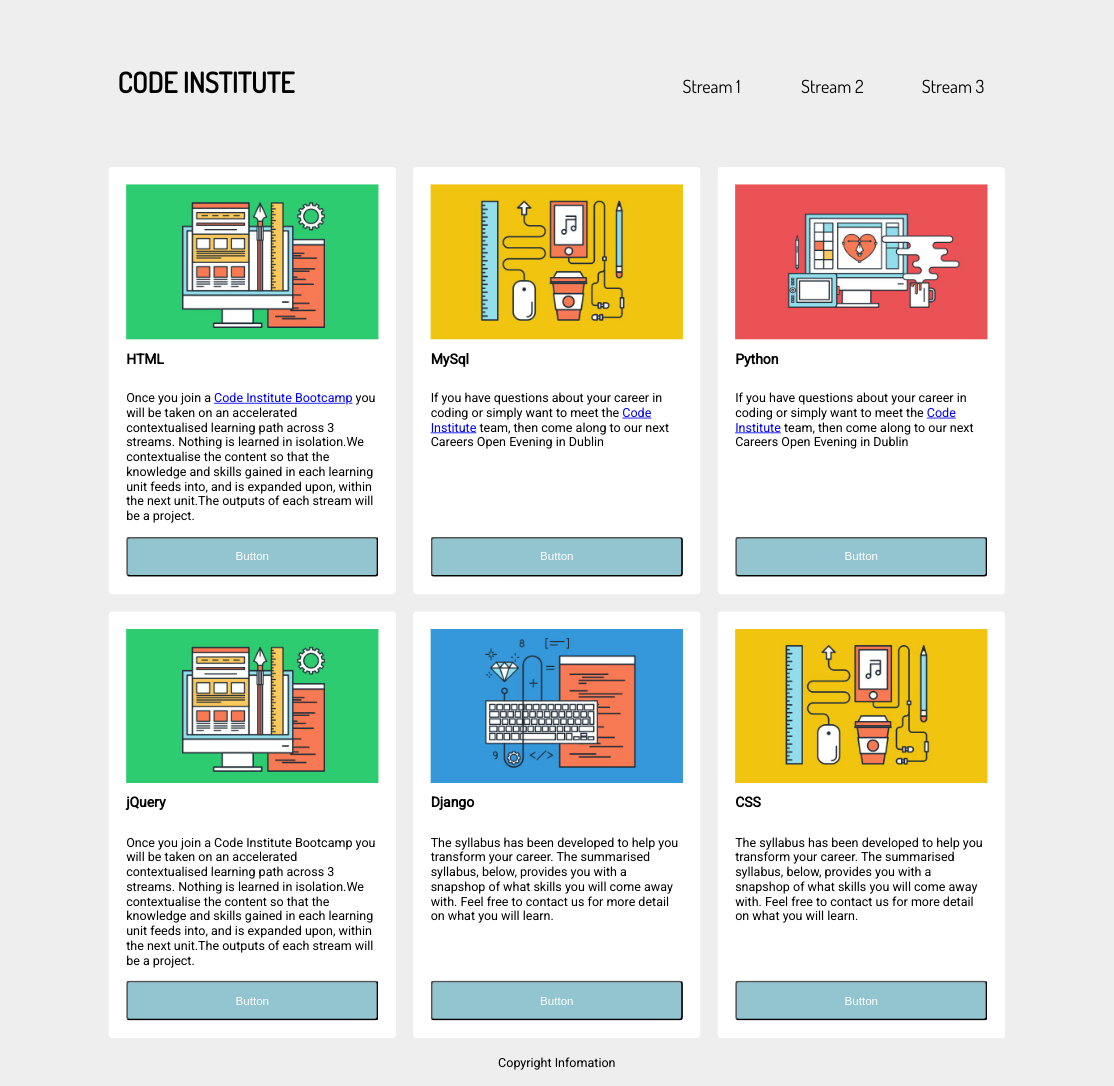
Repository: loosenthedark/CI_jquery-events
Page: Cards-jquery.html
The author's editor kept a record of every edit. The page is drawn from the files as they stood at one moment, then again after the next edit.
The browser window is 1280 px wide. The pictures show the whole page, at 87% of full size.
Some web libraries are served in a nearby version.

Above is the page before.

### Cards-jquery.html
<!DOCTYPE html>
<html lang="en">
<head>
	<meta charset="UTF-8">
	<meta name="viewport" content="width=device-width, initial-scale=1">
	<title>jQuery</title>
	<link href="style.css" rel="stylesheet">
	<link href='https://fonts.googleapis.com/css?family=Roboto' rel='stylesheet' type='text/css'>
	<link href='https://fonts.googleapis.com/css?family=Dosis' rel='stylesheet' type='text/css'>
</head>
<body>
	<div id="container">
		<nav>
			<ul>
				<li id="logoNav">CODE INSTITUTE</li>
				<li id="stream1" class="stream-nav">Stream 1</li>
				<li id="stream2" class="stream-nav">Stream 2</li>
				<li id="stream3" class="stream-nav">Stream 3</li>
			</ul>
		</nav>
		<div class="card stream1-card">
			<img class="card_image" src="img/3.png" alt="coding icon">
			<div class="card_bottom">
				<h2 class="card_head" id="h2_1">HTML</h2>
				<p class="card_para" id="firstpara">Once you join a <a href="#">Code Institute Bootcamp</a> you will be taken on an accelerated contextualised learning path across 3 streams. Nothing is learned in isolation.We contextualise the content so that the knowledge and skills gained in each learning unit feeds into, and is expanded upon, within the next unit.The outputs of each stream will be a project. </p>
				<button class="bottom_button" id="firstbutton">Button</button>
			</div>
		</div>
		<div class="card stream3-card">
			<img class="card_image" src="img/1.png" alt="coding icon">
			<h2 class="card_head" id="h2_2">MySql</h2>
			<p class="card_para" id="secondpara">If you have questions about your career in coding or simply want to meet the <a href="#">Code Institute</a> team, then come along to our next Careers Open Evening in Dublin</p>
			<button class="bottom_button" id="secondbutton">Button</button>
		</div>

		<div class="card stream2-card">
			<img class="card_image" src="img/2.png" alt="coding icon">
			<h2 class="card_head" id="h2_3">Python</h2>
			<p class="card_para" id="thirdpara">If you have questions about your career in coding or simply want to meet the <a href="#">Code Institute</a> team, then come along to our next Careers Open Evening in Dublin</p>
			<button class="bottom_button" id="thirdbutton">Button</button>
		</div>
		<div class="card stream1-card">
			<img class="card_image" src="img/3.png" alt="coding icon">
			<div class="card_bottom">
				<h2 class="card_head" id="h2_4">jQuery</h2>
				<p class="card_para" id="fourthpara">Once you join a Code Institute Bootcamp you will be taken on an accelerated contextualised learning path across 3 streams. Nothing is learned in isolation.We contextualise the content so that the knowledge and skills gained in each learning unit feeds into, and is expanded upon, within the next unit.The outputs of each stream will be a project. </p>
				<button class="bottom_button" id="fourthbutton">Button</button>
			</div>
		</div>
		<div class="card stream3-card">
			<img class="card_image" src="img/4.png" alt="coding icon">
			<h2 class="card_head" id="h2_5">Django</h2>
			<p class="card_para" id="fifthpara">The syllabus has been developed to help you transform your career. The summarised syllabus, below, provides you with a snapshop of what skills you will come away with. Feel free to contact us for more detail on what you will learn.</p>
			<button class="bottom_button" id="fifthbutton">Button</button>
		</div>
		<div class="card stream1-card">
			<img class="card_image" src="img/1.png" alt="coding icon">
			<h2 class="card_head" id="h2_6">CSS</h2>
			<p class="card_para" id="sixthpara">The syllabus has been developed to help you transform your career. The summarised syllabus, below, provides you with a snapshop of what skills you will come away with. Feel free to contact us for more detail on what you will learn.</p>
			<button class="bottom_button" id="sixthbutton">Button</button>
		</div>
		<div id="my_footer">
			<p id="copyright">Copyright Infomation</p>
		</div>
	</div>
	<script src="https://code.jquery.com/jquery-3.2.1.js" integrity="sha256-DZAnKJ/6XZ9si04Hgrsxu/8s717jcIzLy3oi35EouyE=" crossorigin="anonymous"></script>
	<script src="script.js"></script> <!-- Scripts located at the bottom of the body to insure page is fully loaded before execution -->

</body>
</html>

### style.css
body{
	font-family: 'Roboto', sans-serif;
	/*background-image: url(img/code-institute.jpg);
 	background-size: cover;
 	color: #ffffff;*/
 	background-color: #eee;
}

h1{
	font-size: 3em;
	text-align: center;
}
h2{
	font-size: 1em;
	text-align: left;
}
p{
	font-size: .9rem;
}

div{
	border-radius: 4px;
}

.card_image{
	width: 100%;
}
.bottom_button{
	display: flex;
	box-sizing:border-box;
	border-radius: 4px;
	display: block;
	width: 100%;
	background-color:rgba(129, 187, 201,.85);
	text-align: center;
	padding: 1em .75em;
	text-decoration: none;
	color: #fff;

}

.card_bottom{
	display: flex;
	flex-flow:column;
}
.card_head{
	flex:0;
}
.card_para{
	flex:1 0 auto;
}

#container
{
	display: flex;		/* makes container a flexbox*/
	flex-flow: row wrap; 	/* layout the boxes in rows and wrap them*/
	box-sizing:border-box;
	margin-right:auto;
	margin-left:auto;
	max-width:1050px;
}
#logo{
	width: 800px;
	margin: auto;
}

.card{
	flex:1; /* */
	display: flex;	/* make the contents controllable by flexbox*/
	flex-flow:column;	/* */
	min-width: 240px; /**/
	margin: 10px;
	padding: 20px;
	background-color: #fff;
}
.highlight_stream{
	background-color: #EB5255;
}

#my_footer{
	width:100%;
	text-align: center;
}
#copyright{
	margin-top:10px;
	margin-bottom:10px;

}

/*************************
Navigation

**************************/

nav{
	font-family: roboto;
	background-color: #eee;
	margin: 30px auto;
	width: 100%;
}
ul{
	display: flex;
	justify-content:space-between;
	flex-flow: row;
	/*flex-flow: row-reverse;*/
	/*justify-content:flex-end;*/
	/*justify-content:space-around;*/
	/*align-items:flex-start;*/
	align-items:baseline;
	border-radius: 10px;
	list-style-type: none; /*Remove Bullets*/
	padding: 0;
}
li{
	flex:1;
	height: 30px;
	/*width:10%;*/
	/*border:2px solid #000;*/
	/*background-color: #81BBC9;*/
	/*border-radius: 10px;*/
	font-family: Dosis;
	padding:20px 20px 20px 20px;
	text-align: center;
	font-size: 1.3em;
}

#logoNav{
	flex:6;
	text-align: left;
	font-size: 2em;
	font-weight: bold;
}

.underline{
  text-decoration:underline;
}
.border{
  border: solid 5px #ccc;
}

.redpara {
	color: red;
}

.bg_lightblue {
	background: lightblue;
}

.bigheader {
	font-size: 2.5em;
}


@media screen and (max-width: 700px){
	ul{
		flex-flow: column;
		align-items:center;
	}
	li{
		font-size: 2em;
	}
}

### script.js
$(document).ready(function() {

	// $("#stream1_btn").on('click', function() {
 //	$("#stream1").click(function() {
 //		$(".stream1-card").removeClass('highlight_stream');
	// 	$(".stream2-card").removeClass('highlight_stream');
	// 	$(".stream3-card").removeClass('highlight_stream');
	//   	$(".stream1-card").addClass('highlight_stream');
	// });
	// $("#stream2").on("click", function() {
	// 	$(".stream1-card").removeClass('highlight_stream');
	// 	$(".stream2-card").removeClass('highlight_stream');
	// 	$(".stream3-card").removeClass('highlight_stream');
	//   	$(".stream2-card").addClass('highlight_stream');
	// });
	// $("#stream3").on("click", function() {
	// 	$(".stream1-card").removeClass('highlight_stream');
	// 	$(".stream2-card").removeClass('highlight_stream');
	// 	$(".stream3-card").removeClass('highlight_stream');
	//   	$(".stream3-card").addClass('highlight_stream');
	// });

	$('.stream-nav').click(function(){
		var allStreamsCardsSelector = '.card';
		var thisStreamCardsSelector = '.' + this.id + '-card';
		$(allStreamsCardsSelector).removeClass('highlight_stream');
		$(thisStreamCardsSelector).addClass('highlight_stream');
	});

	$('p').click(function(){
		$(this).children('a').toggleClass('link_highlighter');
	});

	$('#button1').click(function(){
		$(this).next().slideToggle('slow');
	});

	$('img').click(function(){
		$('img').next().children('p').slideDown(3000);
	});

	$('.card').click(function(){
		$(this).toggleClass('card_highlighter');
	});

	$('#select').click(function(){
		if ($('.card').css('background-color', 'pink')) {
			$(this).addClass('show_panels');
		} else {
		$('.card').addClass('hide_panels');
		}
	});

	$('#all').click(function(){
		$('.card').addClass('show_panels');
	});

	$('p').click(function() {
		$('p').addClass('redpara');
	});

	$('h2').hover(function() {
		$('h2').addClass('bg_lightblue');
	});

	$('#h2_1').hover(function() {
		$('#h2_2').removeClass('bigheader');
		$('#h2_3').removeClass('bigheader');
		$('#h2_4').removeClass('bigheader');
		$('#h2_5').removeClass('bigheader');
		$('#h2_6').removeClass('bigheader');
		$('#h2_1').addClass('bigheader');
	});

	$('#h2_2').hover(function() {
		$('#h2_1').removeClass('bigheader');
		$('#h2_3').removeClass('bigheader');
		$('#h2_4').removeClass('bigheader');
		$('#h2_5').removeClass('bigheader');
		$('#h2_6').removeClass('bigheader');
		$('#h2_2').addClass('bigheader');
	});

	$('#h2_3').hover(function() {
		$('#h2_1').removeClass('bigheader');
		$('#h2_2').removeClass('bigheader');
		$('#h2_4').removeClass('bigheader');
		$('#h2_5').removeClass('bigheader');
		$('#h2_6').removeClass('bigheader');
		$('#h2_3').addClass('bigheader');
	});

	$('#h2_4').hover(function() {
		$('#h2_1').removeClass('bigheader');
		$('#h2_2').removeClass('bigheader');
		$('#h2_3').removeClass('bigheader');
		$('#h2_5').removeClass('bigheader');
		$('#h2_6').removeClass('bigheader');
		$('#h2_4').addClass('bigheader');
	});

	$('#h2_5').hover(function() {
		$('#h2_1').removeClass('bigheader');
		$('#h2_2').removeClass('bigheader');
		$('#h2_3').removeClass('bigheader');
		$('#h2_4').removeClass('bigheader');
		$('#h2_6').removeClass('bigheader');
		$('#h2_5').addClass('bigheader');
	});

	$('#h2_6').hover(function() {
		$('#h2_1').removeClass('bigheader');
		$('#h2_2').removeClass('bigheader');
		$('#h2_3').removeClass('bigheader');
		$('#h2_4').removeClass('bigheader');
		$('#h2_5').removeClass('bigheader');
		$('#h2_6').addClass('bigheader');
	});

	$('.bottom_button').hover(function() {
		$('body').css('background', 'black');
	});

	$('.bottom_button').mouseleave(function() {
		$('body').css('background', '#eee');
	});

	// $('#firstbutton').click(function() {
	//     $('#firstbutton').hide(3000);
	// });

	$('#firstbutton').click(function() {
	    $('#firstpara').slideToggle(1000, 'linear');
	});

	$('#secondbutton').click(function() {
	    $('#secondpara').slideToggle(1000, 'linear');
	});

	$('#thirdbutton').click(function() {
	    $('#thirdpara').slideToggle(1000, 'linear');
	});

	$('#fourthbutton').click(function() {
	    $('#fourthpara').slideToggle(500, 'linear');
	});

	$('#fifthbutton').click(function() {
	    $('#fifthpara').slideToggle(500, 'linear');
	});

	$('#sixthbutton').click(function() {
	    $('#sixthpara').slideToggle(500, 'linear');
	});

	$('#firstbutton').mouseenter(function() {
		$('#firstbutton').fadeTo(1000, 0.5);
	});

	$('#firstbutton').mouseleave(function() {
		$('#firstbutton').fadeTo(1000, 1);
	});

	$('#secondbutton').mouseenter(function() {
		$('#secondbutton').fadeTo(1000, 0.5);
	});

	$('#secondbutton').mouseleave(function() {
		$('#secondbutton').fadeTo(1000, 1);
	});

	$('#thirdbutton').mouseenter(function() {
		$('#thirdbutton').fadeTo(1000, 0.5);
	});

	$('#thirdbutton').mouseleave(function() {
		$('#thirdbutton').fadeTo(1000, 1);
	});

	$('#fourthbutton').mouseenter(function() {
		$('#fourthbutton').fadeTo(1000, 0.5);
	});

	$('#fourthbutton').mouseleave(function() {
		$('#fourthbutton').fadeTo(1000, 1);
	});

	$('#fifthbutton').mouseenter(function() {
		$('#fifthbutton').fadeTo(1000, 0.5);
	});

	$('#fifthbutton').mouseleave(function() {
		$('#fifthbutton').fadeTo(1000, 1);
	});

	$('#sixthbutton').mouseenter(function() {
		$('#sixthbutton').fadeTo(1000, 0.5);
	});

	$('#sixthbutton').mouseleave(function() {
		$('#sixthbutton').fadeTo(1000, 1);
	});

});

After the next edit:
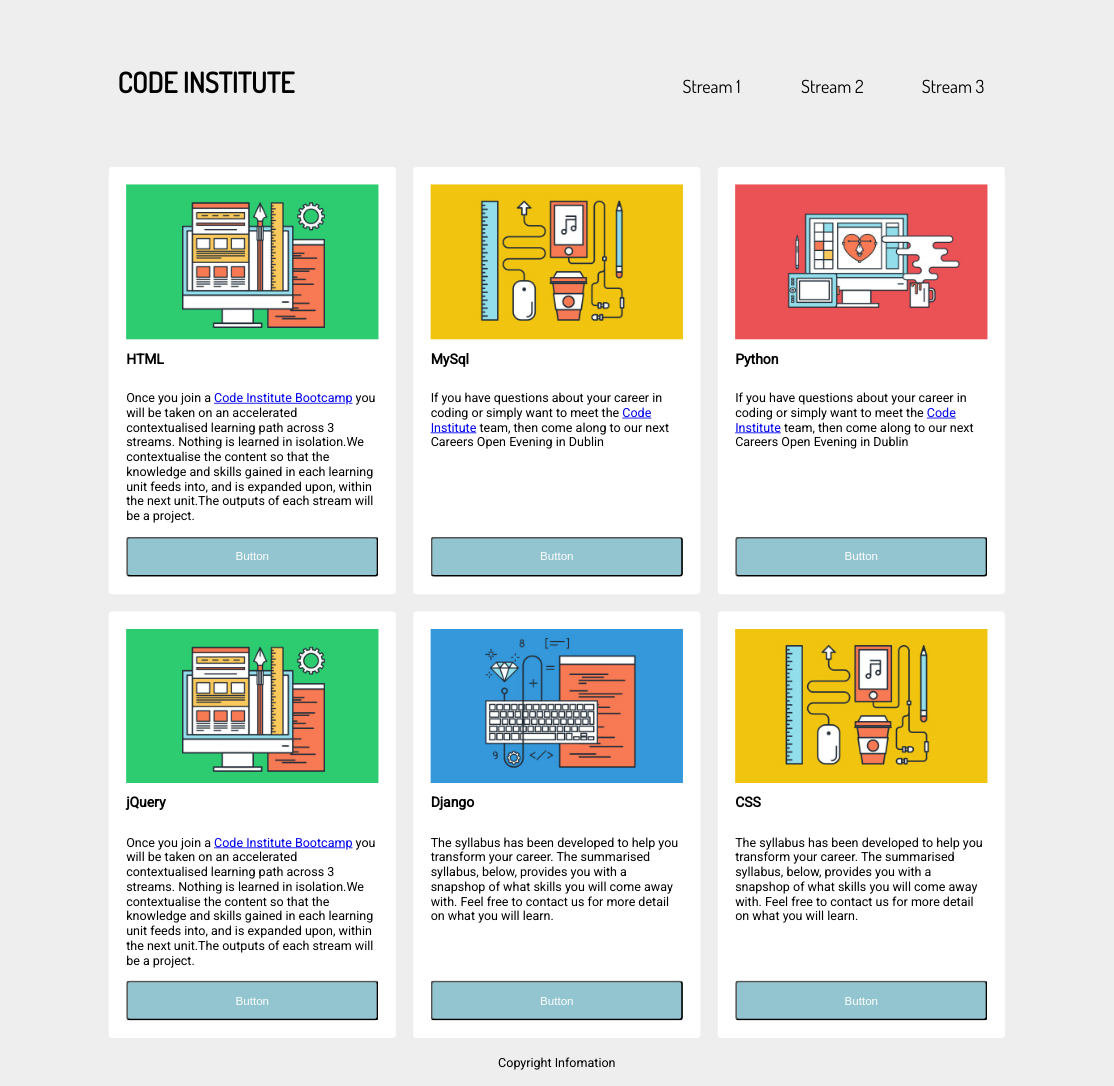
The edit:
--- a/Cards-jquery.html
+++ b/Cards-jquery.html
@@ -43,7 +43,7 @@
 			<img class="card_image" src="img/3.png" alt="coding icon">
 			<div class="card_bottom">
 				<h2 class="card_head" id="h2_4">jQuery</h2>
-				<p class="card_para" id="fourthpara">Once you join a Code Institute Bootcamp you will be taken on an accelerated contextualised learning path across 3 streams. Nothing is learned in isolation.We contextualise the content so that the knowledge and skills gained in each learning unit feeds into, and is expanded upon, within the next unit.The outputs of each stream will be a project. </p>
+				<p class="card_para" id="fourthpara">Once you join a <a href="#">Code Institute Bootcamp</a> you will be taken on an accelerated contextualised learning path across 3 streams. Nothing is learned in isolation.We contextualise the content so that the knowledge and skills gained in each learning unit feeds into, and is expanded upon, within the next unit.The outputs of each stream will be a project. </p>
 				<button class="bottom_button" id="fourthbutton">Button</button>
 			</div>
 		</div>
